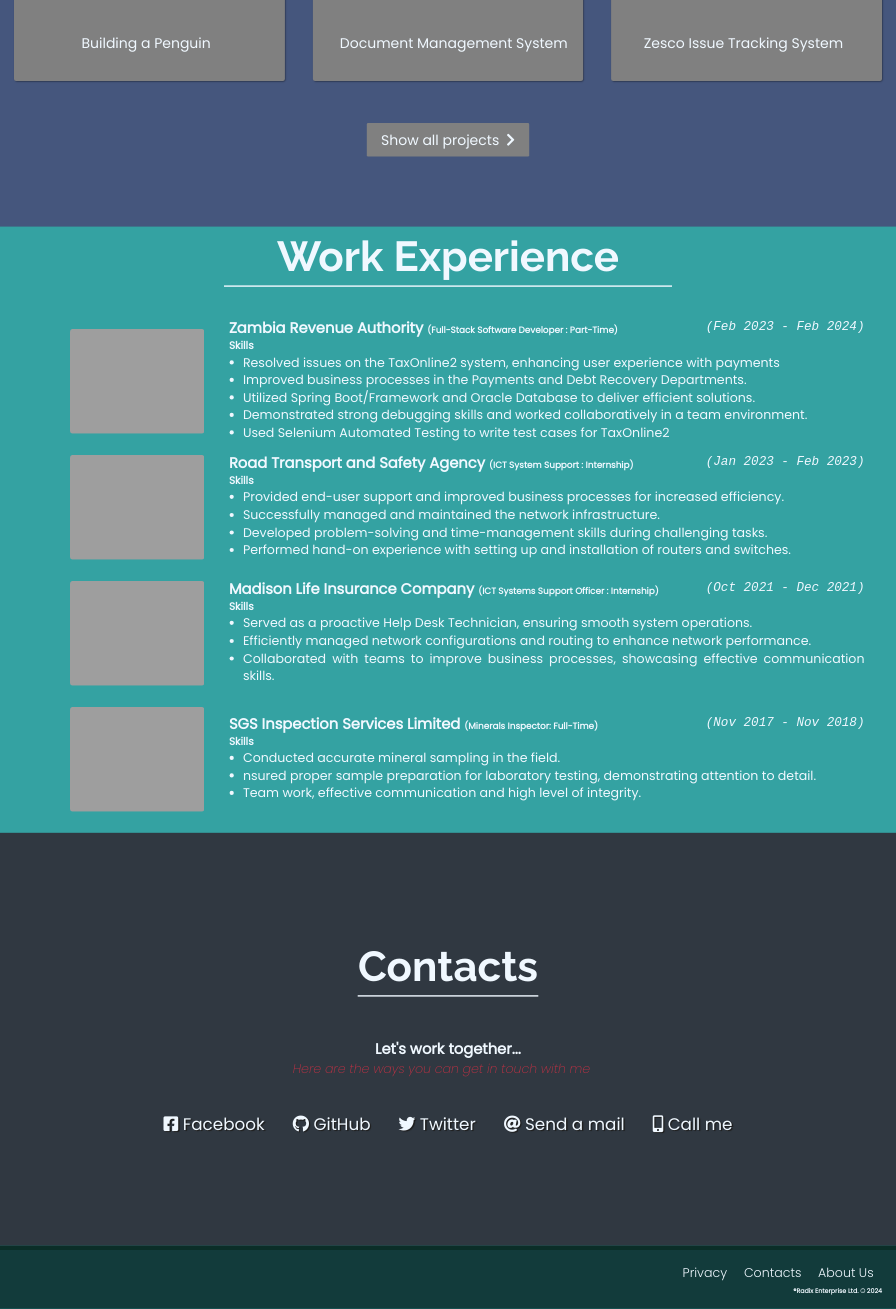
Repository: Lungdjos/personal_portifolio
Page: html/index.html
These files come from the project's save history. The page is drawn as it stood at one moment and after a run of saves; the edit follows.
The browser window is 1280 px wide. The pictures show the part of the page from y = 1274 to 3194 px (the page is 3144 px tall before and 3194 px after), at 70% of full size.
Pictures or frames that could not be fetched are drawn as grey boxes. Some web libraries are served in a nearby version.

Above is the page before, as saved 2024-02-04 02:49:36.

After the next 2 saves:
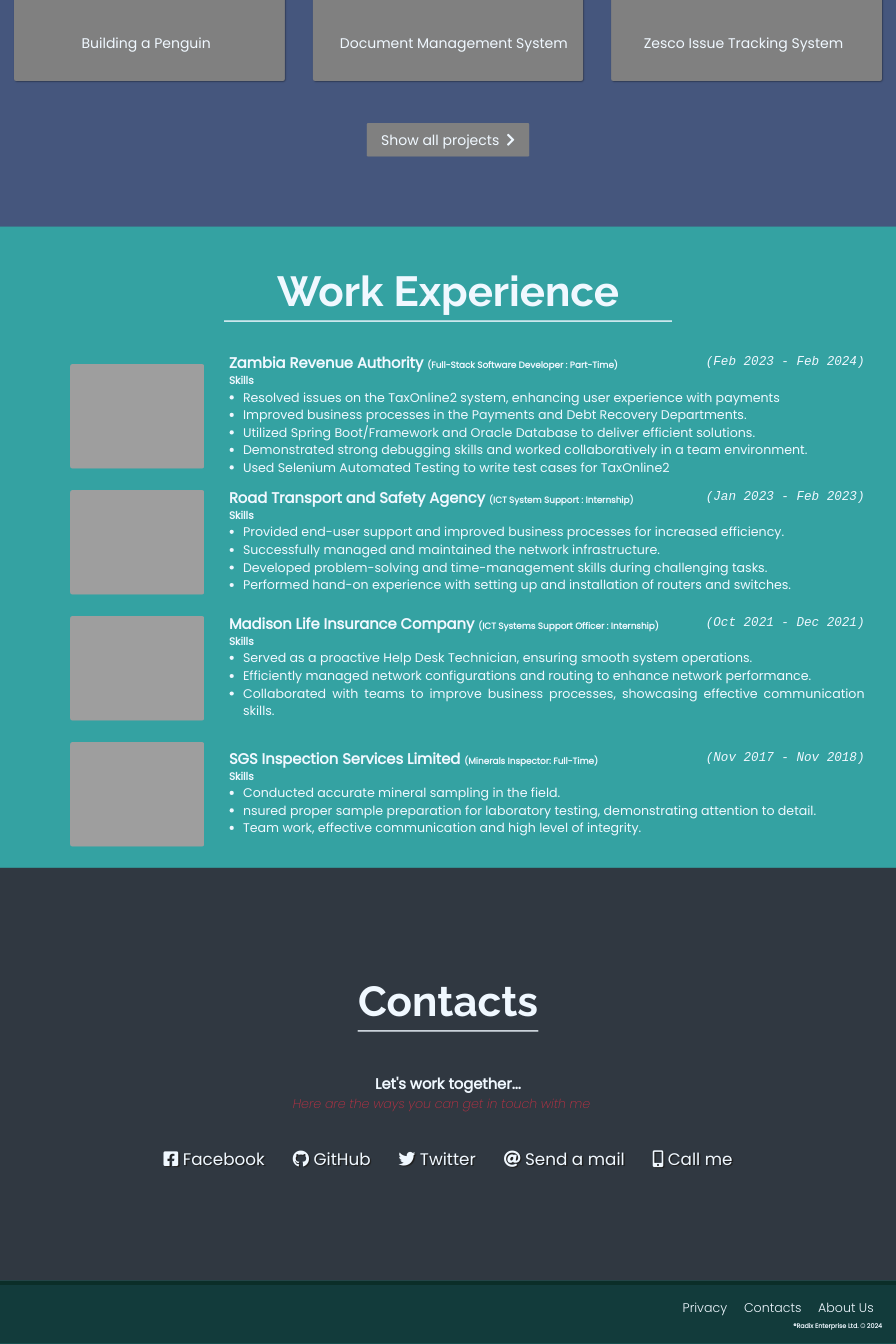
The 2 saves are shown as one change because they came seconds apart.
The last was saved 19 s later.
--- a/css/styles.css
+++ b/css/styles.css
@@ -270,7 +270,7 @@ main li {
 /** WORK EXPERIENCE */
 
 #work-experience-section {
-    padding-top: ;
+    padding-top: 5rem;
 }
 
 .work-exp-section small {
